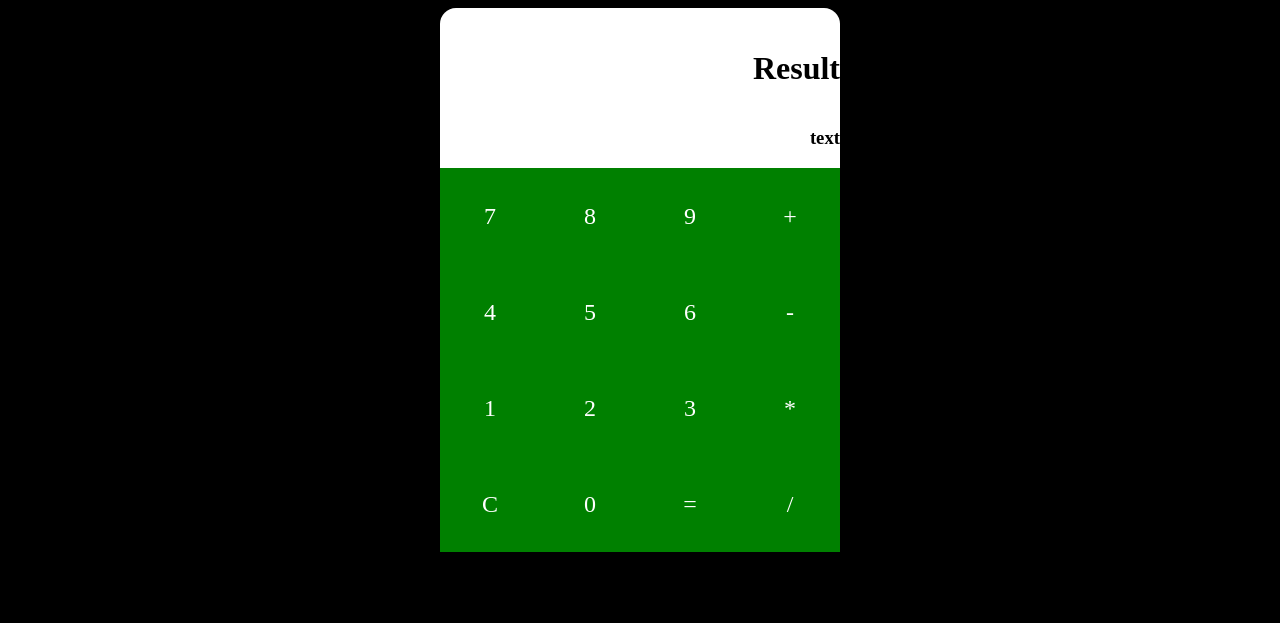
Repository: rajratangm/xcalculator
Page: /
These files come from the project's save history. The page is drawn as it stood at one moment and after the next save; the edit follows.
The browser window is 1280 px wide. The pictures show the whole page.
The project was rebuilt for these pictures with package versions that can differ from the ones it lists, and the page was loaded fresh each time. Also part of the build but not shown: vite.config.js.

Above is the page before, as saved 2024-04-02 19:10:53.

### src/App.jsx
import {useState} from 'react'
import Button from './Component/Button/Button'
import Input from './Component/Input/Input'
import './App.css'
// import Keyboard from './Component/Keyboard'

function App() {


  return (
    <div className='App'>

    <div className='calculator-wrapper'>
      <Input/>
   <div className='row'>
    <Button symbol='7'/>
    <Button symbol='8'/>
    <Button symbol='9'/>
    <Button symbol='+'/>

   </div>
   <div className='row'>
   <Button symbol='4'/>
    <Button symbol='5'/>
    <Button symbol='6'/>
    <Button symbol='-'/>

   </div>
   <div className='row'>
   <Button symbol='1'/>
    <Button symbol='2'/>
    <Button symbol='3'/>
    <Button symbol='*'/>

   </div>


   <div className='row'>
   <Button symbol='C'/>
    <Button symbol='0'/>
    <Button symbol='='/>
    <Button symbol='/'/>

   </div>
    </div>

    </div>
  )
  }
export default App

### src/Component/Button/Button.jsx
import './Button.css'


const Button=({symbol})=>{
    return <div className='button-wrapper'>
{symbol}
    </div>
}

export default Button

### src/Component/Input/Input.jsx
import './Input.css'


const Input=()=>{

    return <div className='input-wrapper'>
        <div className='result'>
            <h1>Result</h1>
        </div>
        <div className='text'>
            <h3> text</h3>
        </div>
    </div>
}

export default Input;

### src/App.css
body{
  background-color: black;

}

.App{
  display: flex;
  justify-content: center;
  align-items: center;
}

.calculator-wrapper{
  background-color:white;
  width:400px;
  border-radius: 16px;

}

.row{
  display: flex;
}

### src/Component/Button/Button.css
.button-wrapper{
    height: 4em;
    display: flex;
    align-items: center;
    justify-content: center;
    font-size: 24px;
    background-color:green;
    color:#ffffff;
    flex:1;

}

### src/Component/Input/Input.css
.input-wrapper{
    height: 10em;
    display: flex;
    justify-content: flex-end;
    align-items: flex-end;
    flex-direction: column;
    padding
}

Loaded but not shown: index.html (common file); src/main.jsx (common file)

After the next save:
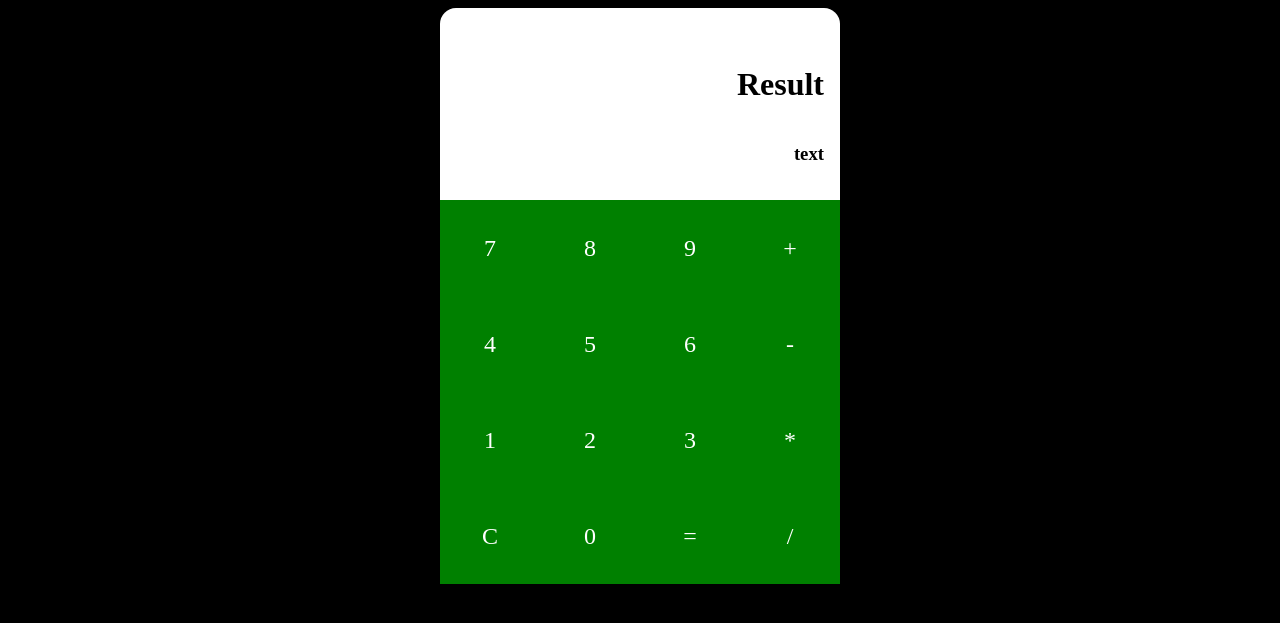
Saved 4 s later.
--- a/src/Component/Input/Input.css
+++ b/src/Component/Input/Input.css
@@ -4,5 +4,5 @@
     justify-content: flex-end;
     align-items: flex-end;
     flex-direction: column;
-    padding
+    padding: 16px
 }
